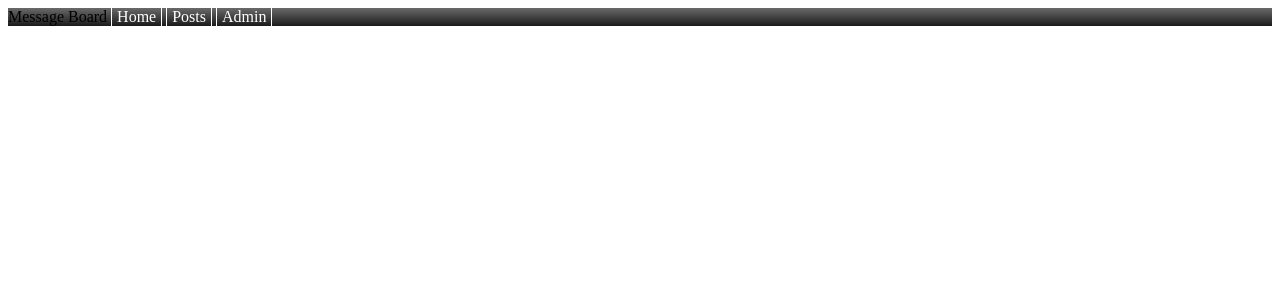
Repository: JesseFo/Whitespace
Page: whitespace/WebContent/WEB-INF/posts.html
The author's editor kept a copy of each file at every save. The page is drawn from the files as they stood at one save, then again after the next save.
The browser window is 1280 px wide. The pictures show the whole page.

Above is the page before, as saved 2015-10-15 06:53:47.

After the next save:
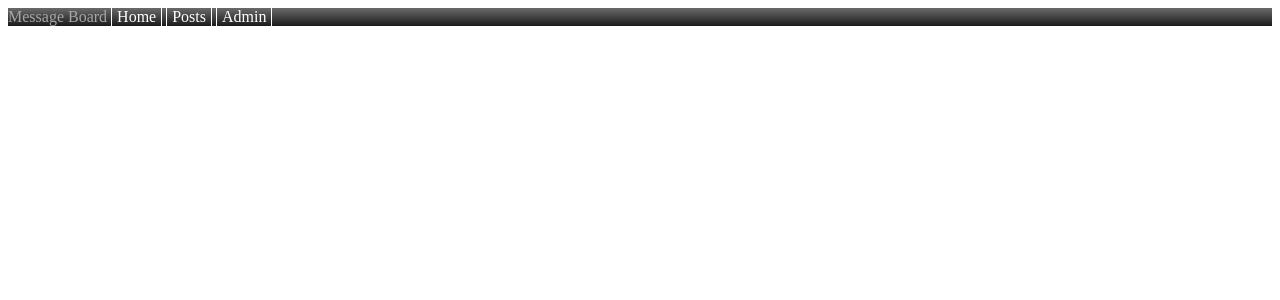
Saved 41 s later.
--- a/whitespace/WebContent/WEB-INF/main.css
+++ b/whitespace/WebContent/WEB-INF/main.css
@@ -6,6 +6,7 @@ nav
   background: -o-linear-gradient(#6A6A6A, #1A1A1A); /* For Opera 11.1 to 12.0 */
   background: -moz-linear-gradient(#6A6A6A, #1A1A1A); /* For Firefox 3.6 to 15 */
   background: linear-gradient(#6A6A6A, #1A1A1A); /* Standard syntax */
+  color: #A6A6A6;
 }
 
 nav > a
